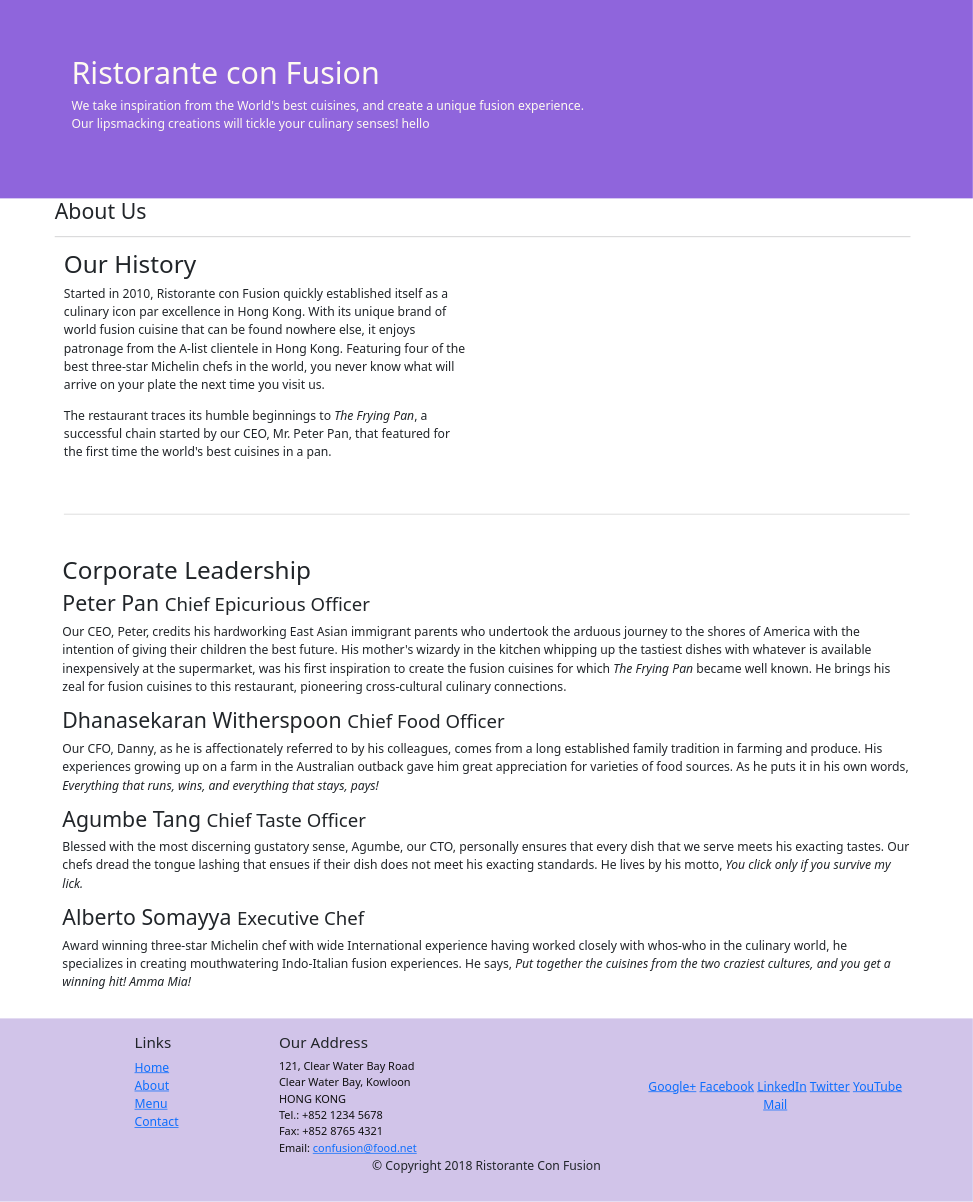
Repository: DungBuiTuan/FER201m
Page: LAB1/Aboutus.html
These files come from the project's save history. The page is drawn as it stood at one moment and after the next save; the edit follows.
The browser window is 1280 px wide. The pictures show the whole page, at 76% of full size.
Some web libraries are served in a nearby version.

Above is the page before, as saved 2023-05-19 22:51:38.

After the next save:
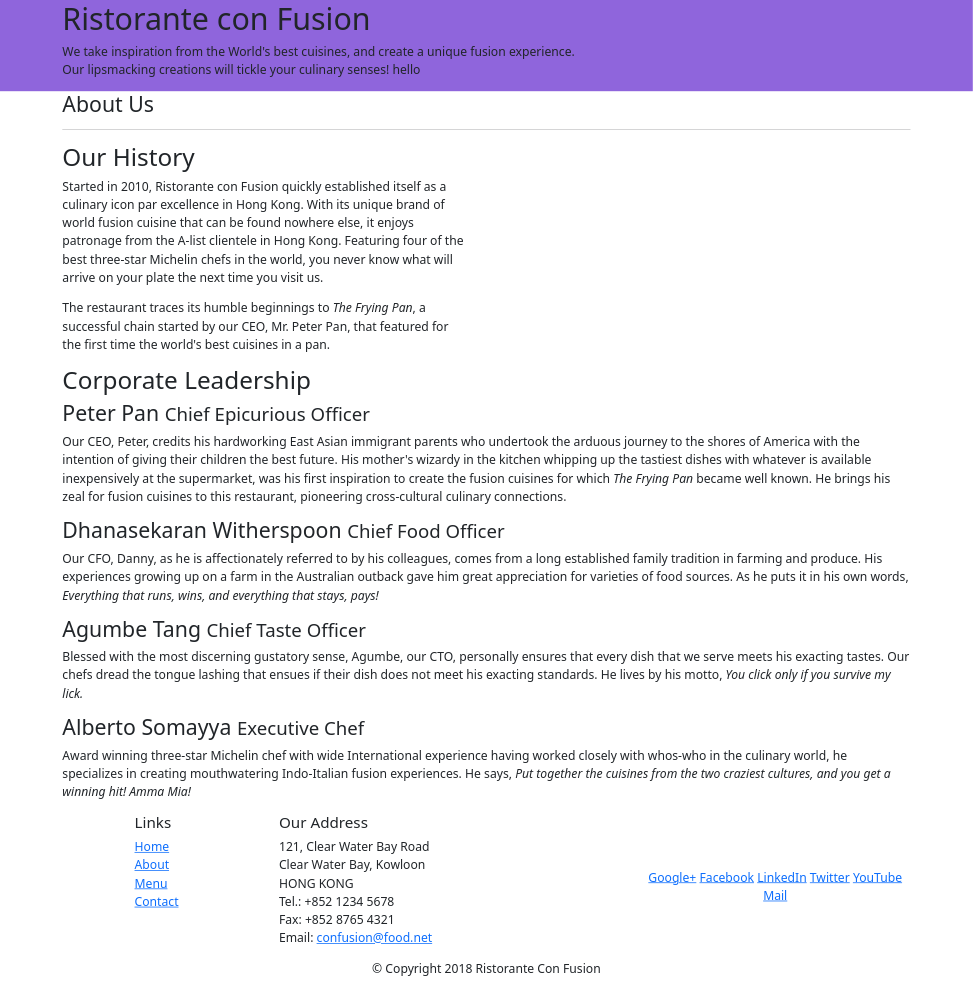
Saved 47 s later.
--- a/LAB1/Aboutus.html
+++ b/LAB1/Aboutus.html
@@ -7,7 +7,7 @@
     <meta http-equiv="x-ua-compatible" content="ie=edge">
     <!-- Bootstrap CSS -->
     <link rel="stylesheet" href="node_modules/bootstrap/dist/css/bootstrap.min.css" />
-    <link rel="stylesheet" href="style.css">
+    <!-- <link rel="stylesheet" href="style.css"> -->
     <title>Ristorante Con Fusion: AboutUs</title>
 
 </head>

After the save that followed:
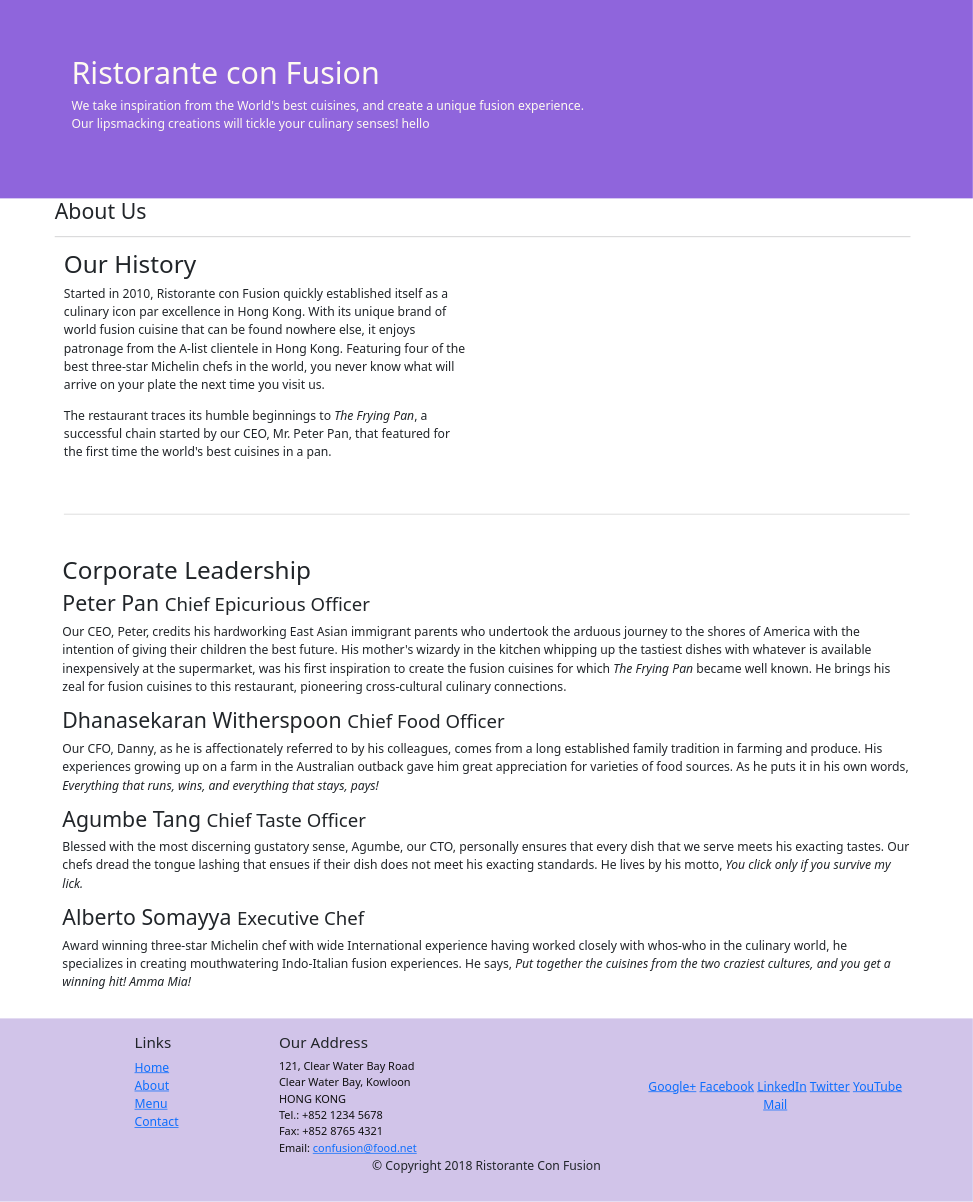
Saved 6 s later.
--- a/LAB1/Aboutus.html
+++ b/LAB1/Aboutus.html
@@ -7,7 +7,7 @@
     <meta http-equiv="x-ua-compatible" content="ie=edge">
     <!-- Bootstrap CSS -->
     <link rel="stylesheet" href="node_modules/bootstrap/dist/css/bootstrap.min.css" />
-    <!-- <link rel="stylesheet" href="style.css"> -->
+    <link rel="stylesheet" href="style.css">
     <title>Ristorante Con Fusion: AboutUs</title>
 
 </head>
